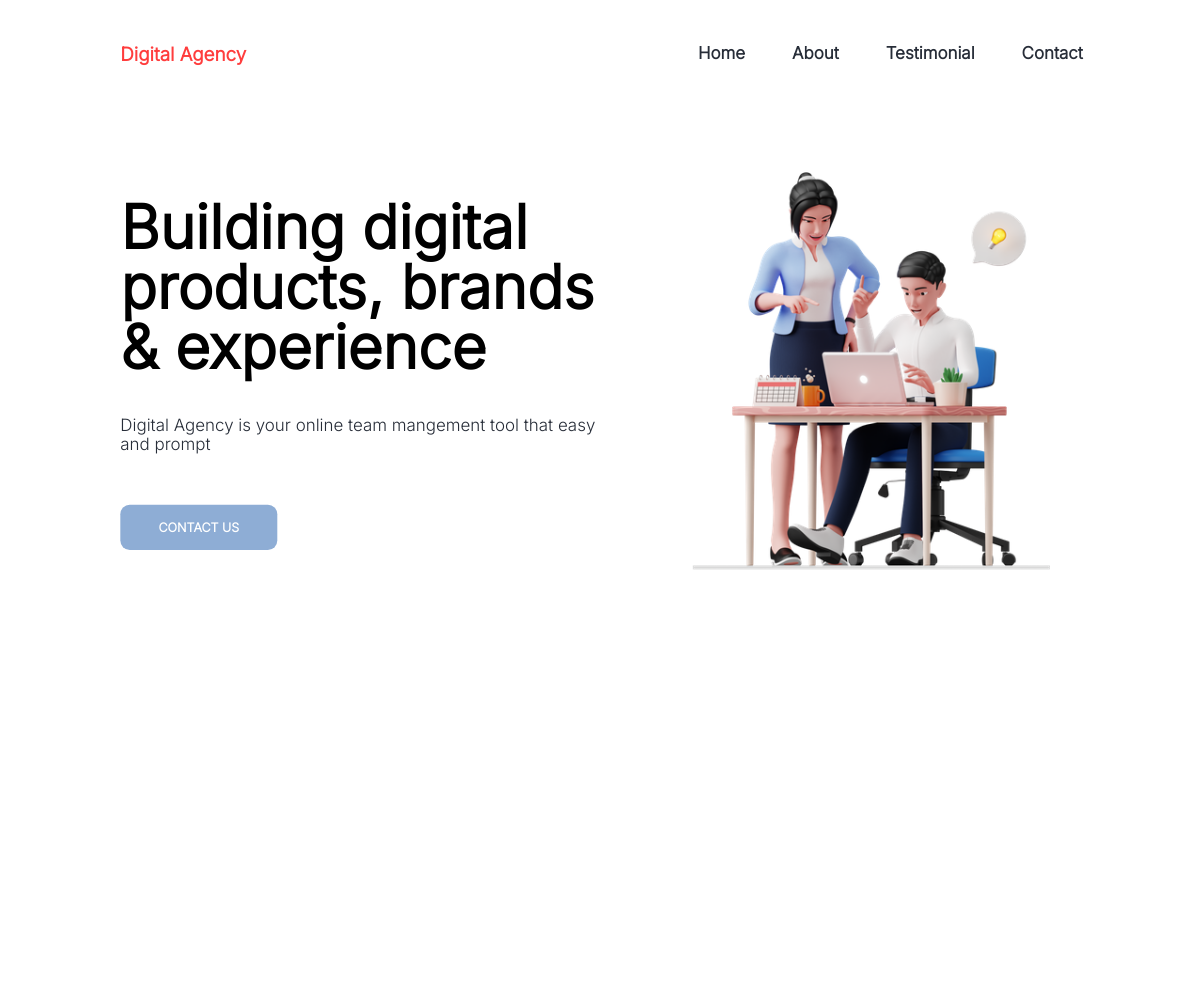
Repository: ThuatDev/fullstack_devc
Page: index.html
These files come from the project's save history. The page is drawn as it stood at one moment and after the next save; the edit follows.
The browser window is 1280 px wide. The pictures show the whole page, at 94% of full size.

Above is the page before, as saved 2022-11-09 17:34:47.

After the next save:
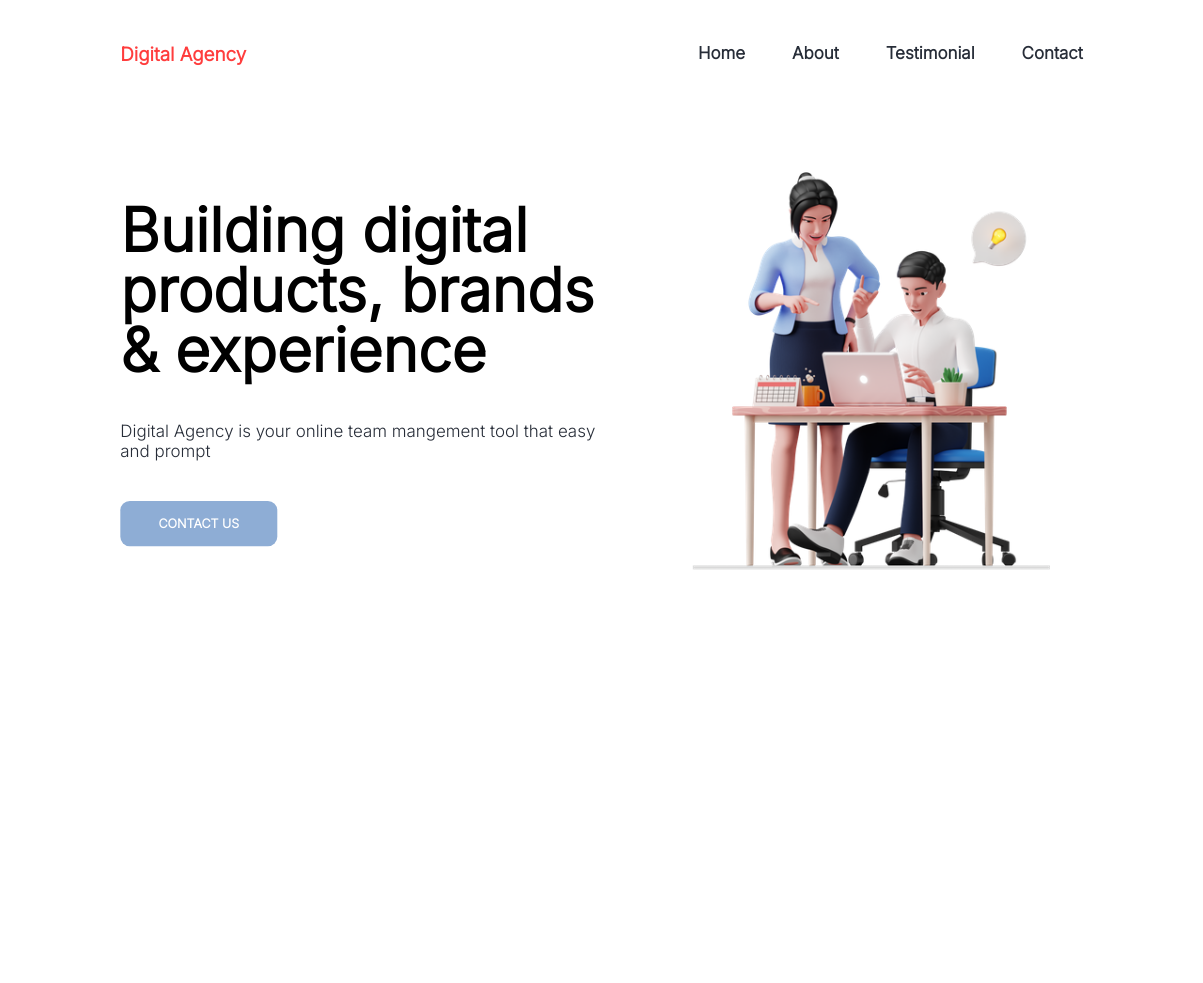
Saved 10 s later.
--- a/index.css
+++ b/index.css
@@ -66,7 +66,7 @@
   font-weight: 400;
   font-size: 18px;
   width: 520px;
-  height: 56px;
+  height: auto;
   color: #272d38;
 }
 .h-section .h-section__left button {
